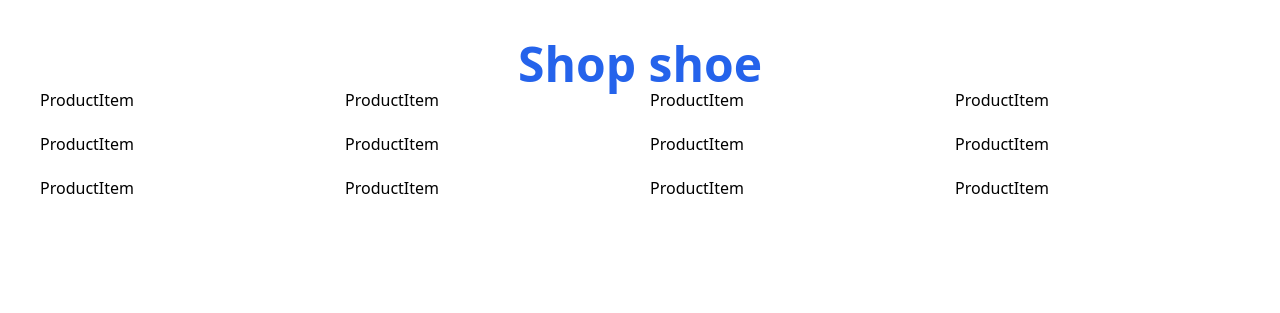
Repository: baobaodeveloper/bootcamp21_ShopShoe_HuynhAnhBao
Page: /
An editor plug-in stored every save of this project. The page is shown before and after the next save, followed by the edit.
The browser window is 1280 px wide. The pictures show the whole page.
The project was rebuilt for these pictures with package versions that can differ from the ones it lists, and the page was loaded fresh each time. Also part of the build but not shown: vite.config.js.

Above is the page before, as saved 2022-05-09 21:00:28.

After the next save:
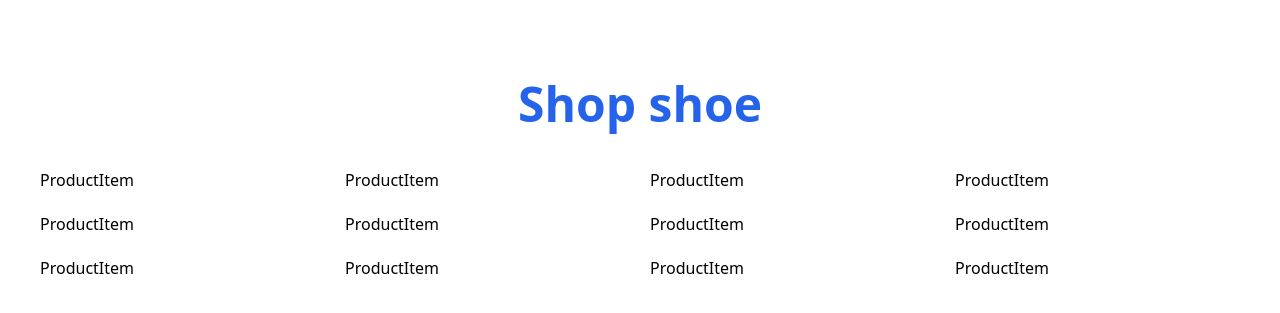
Saved 13 s later.
--- a/src/components/ProductList.jsx
+++ b/src/components/ProductList.jsx
@@ -12,7 +12,7 @@ class ProductList extends Component {
     const shoeList = this.props.shoeList;
     return (
       <div className="p-10">
-        <h1 className="text-5xl font-semibold text-center text-blue-600">
+        <h1 className="my-10 text-5xl font-semibold text-center text-blue-600">
           Shop shoe
         </h1>
         <div className="grid grid-cols-4 gap-5">
